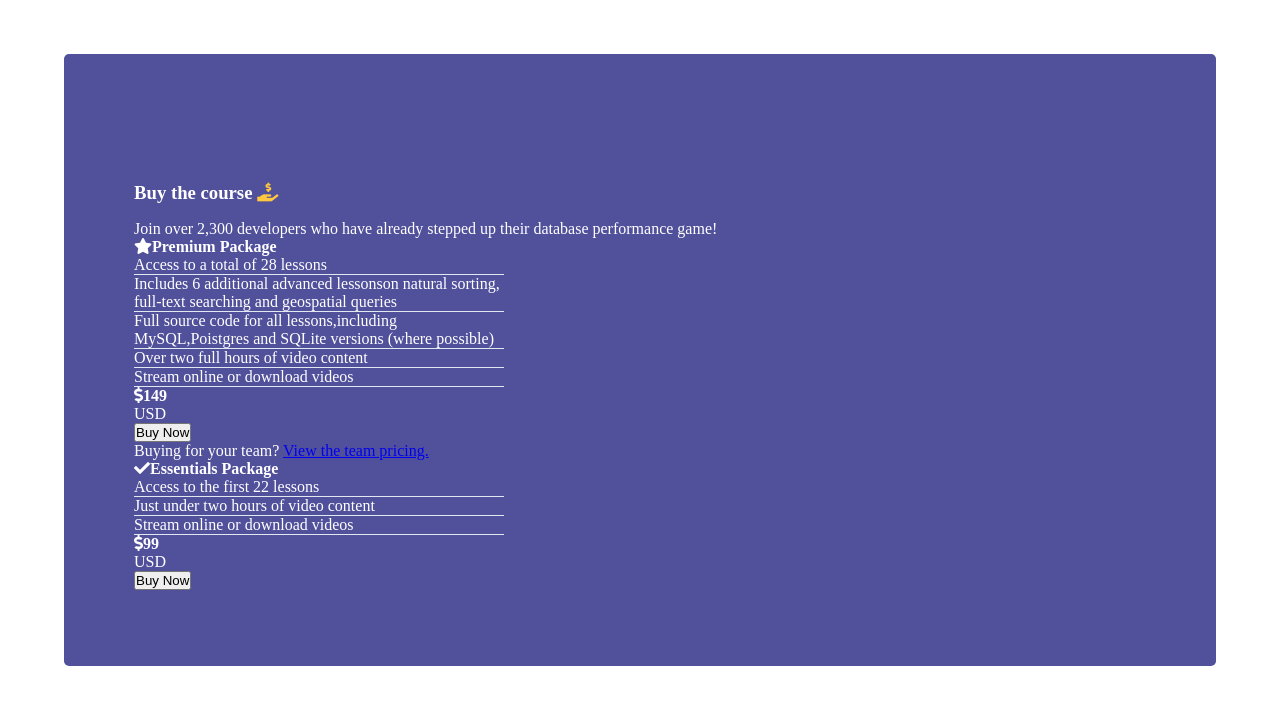
Repository: Z-ayat/Challenges
Page: Challenge 4/index.html
An editor plug-in stored every save of this project. The page is shown before and after the next save, followed by the edit.
The browser window is 1280 px wide. The pictures show the whole page.

Above is the page before, as saved 2021-09-07 01:02:18.

### Challenge 4/index.html
<!DOCTYPE html>

<head>
    <meta charset="UTF-8">
    <title>Course Offer Box</title>
    <link rel="stylesheet" href="styling/css/master.css">
    <link rel="stylesheet" href="styling/css/all.min.css">
    <link rel="preconnect" href="https://fonts.googleapis.com">
    <link rel="preconnect" href="https://fonts.gstatic.com" crossorigin>
    <link href="https://fonts.googleapis.com/css2?family=Cairo:wght@400;600;700;900&display=swap" rel="stylesheet">
</head>

<body>
    <div class="container">
        <div class="layout">
            <div class="head">
                <h3>Buy the course <i class="fas fa-hand-holding-usd" style="color: #FFC83D;"></i></h3>
                <p class="join">Join over 2,300 developers who have already stepped up their database performance game!</p>
            </div>
            <div class="prem-pack">
                <i class="fas fa-star">Premium Package</i>
                <p class="specs">Access to a total of 28 lessons</p>
                <p class="specs"><span class="import">Includes 6 additional advanced lessons</span>on natural sorting, full-text searching and geospatial queries</p>
                <p class="specs"><span class="import"> Full source code for all lessons,including MySQL,Poistgres and SQLite versions (where possible)</span></p>
                <p class="specs">Over two full hours of video content</p>
                <p class="specs">Stream online or download videos</p>
                <i class="fas fa-dollar-sign">149</i>
                <p class="usd">USD</p>
                <button>Buy Now</button>
                <p>Buying for your team? <a href="#">View the team pricing.</a></p>
            </div>
            <div class="ess-pack">
                <i class="fas fa-check">Essentials Package</i>
                <p class="specs"><span class="import">Access to the first 22 lessons</span></p>
                <p class="specs">Just under two hours of video content</p>
                <p class="specs">Stream online or download videos</p>
                <i class="fas fa-dollar-sign">99</i>
                <p class="usd">USD</p>
                <button>Buy Now</button>
            </div>
        </div>
</body>

</html>

### Challenge 4/styling/css/master.css
* {
    box-sizing: border-box;
    padding: 0;
    margin: 0;
}

:root {
    --clrbg: #51509B;
    --clrhead: #404B5F;
    --clrprice: #4A5568;
    --clrbodyfont: white;
    --facolor: #E5AF40;
}

body {
    display: flex;
    justify-content: center;
    align-items: center;
    height: 100vh;
}

.container {
    display: grid;
    width: 90%;
    height: 85%;
    background-color: var(--clrbg);
    border-radius: 5px;
    color: var(--clrbodyfont);
    padding: 10% 70px;
}

.head h3 {
    margin-bottom: 1rem;
}

.specs {
    overflow-wrap: break-word;
    width: 370px;
    border-bottom: solid 1px #E2E8F0;
}

Loaded but not shown: Challenge 4/styling/css/all.min.css (library)

After the next save:
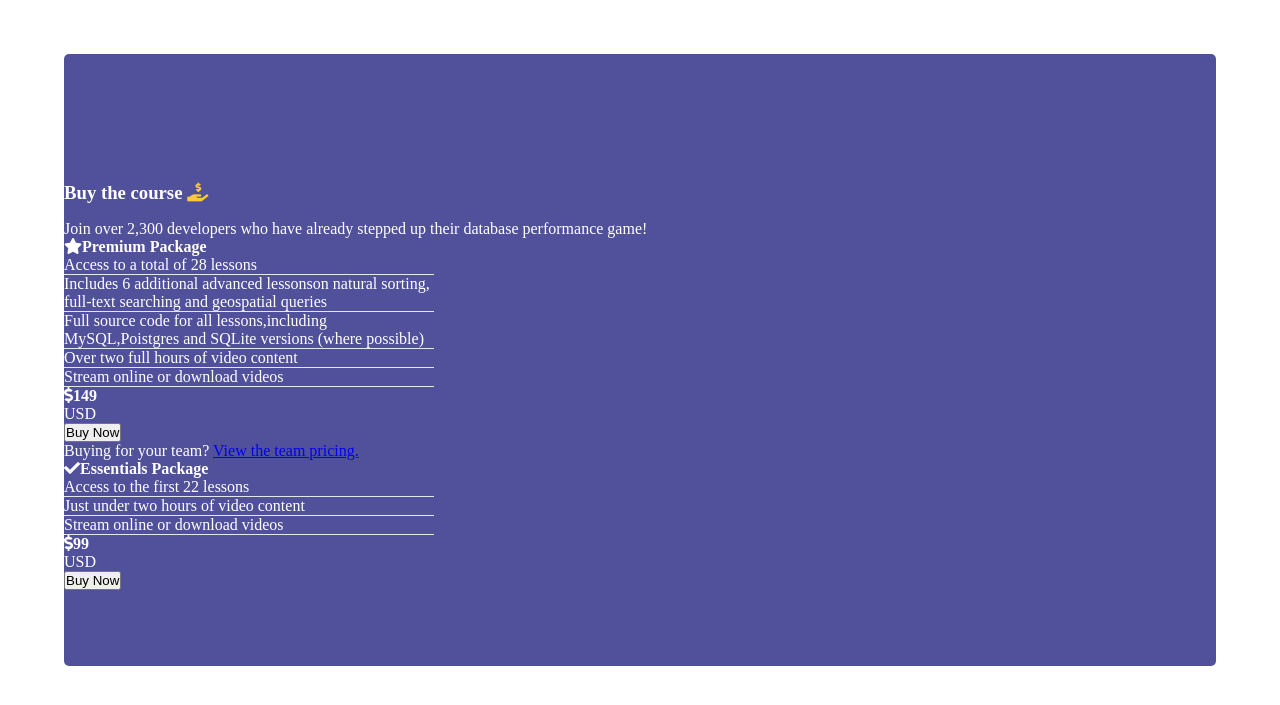
Saved 13 s later.
--- a/Challenge 4/styling/css/master.css
+++ b/Challenge 4/styling/css/master.css
@@ -26,7 +26,7 @@ body {
     background-color: var(--clrbg);
     border-radius: 5px;
     color: var(--clrbodyfont);
-    padding: 10% 70px;
+    padding: 10% 70px 0 0;
 }
 
 .head h3 {

After the 2 saves that followed:
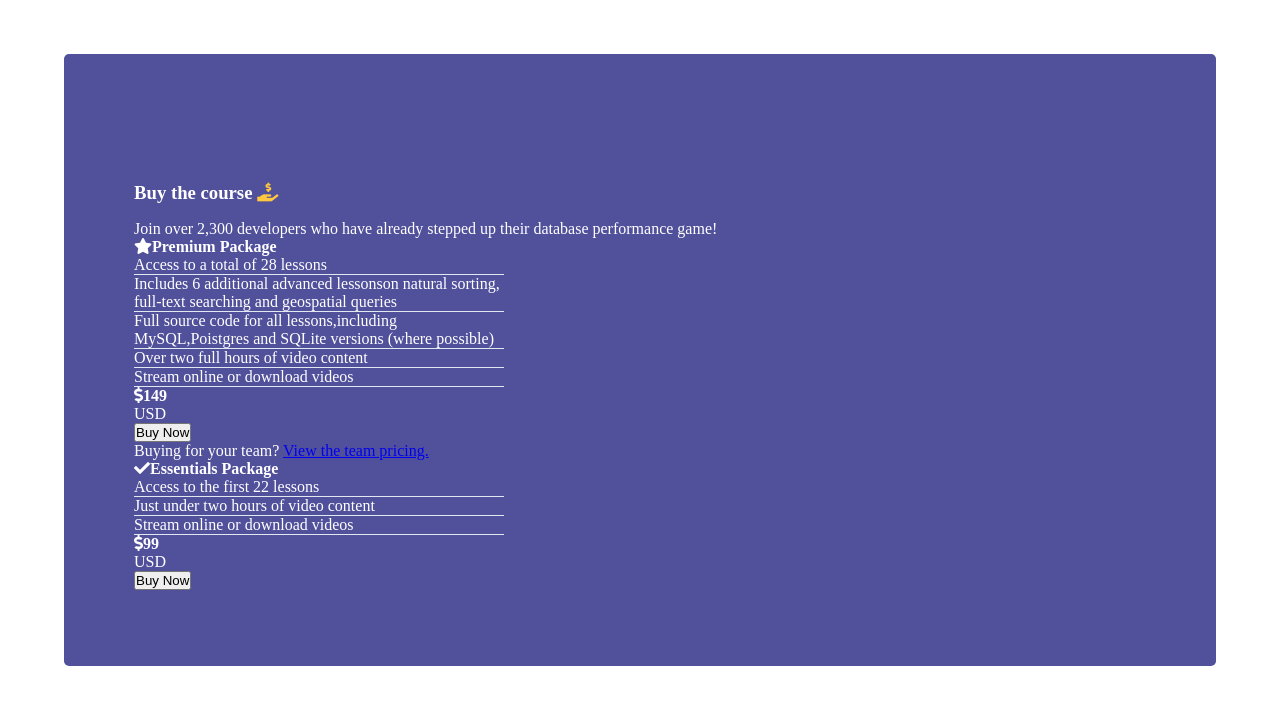
The 2 saves are shown as one change because 1 left the picture as it was.
The last was saved 18 s later.
--- a/Challenge 4/styling/css/master.css
+++ b/Challenge 4/styling/css/master.css
@@ -26,7 +26,7 @@ body {
     background-color: var(--clrbg);
     border-radius: 5px;
     color: var(--clrbodyfont);
-    padding: 10% 70px 0 0;
+    padding: 10% 0 0px 70px;
 }
 
 .head h3 {
